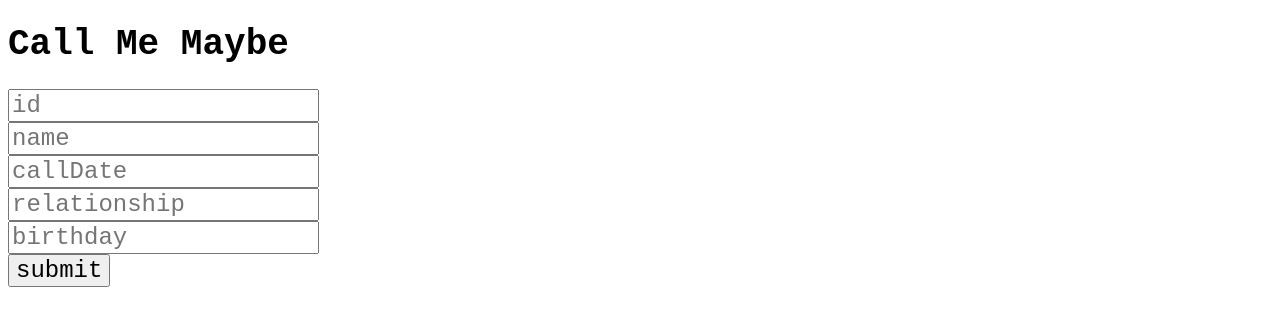
Repository: sviaduc/CallMeMaybe
Page: CallMeMaybeRest/WebContent/index.html
These files come from the project's save history. The page is drawn as it stood at one moment and after the next save; the edit follows.
The browser window is 1280 px wide. The pictures show the whole page.
The page's requests for data from a server got no answer. Some web libraries are served in a nearby version.

Above is the page before, as saved 2017-10-21 21:39:23.

After the next save:
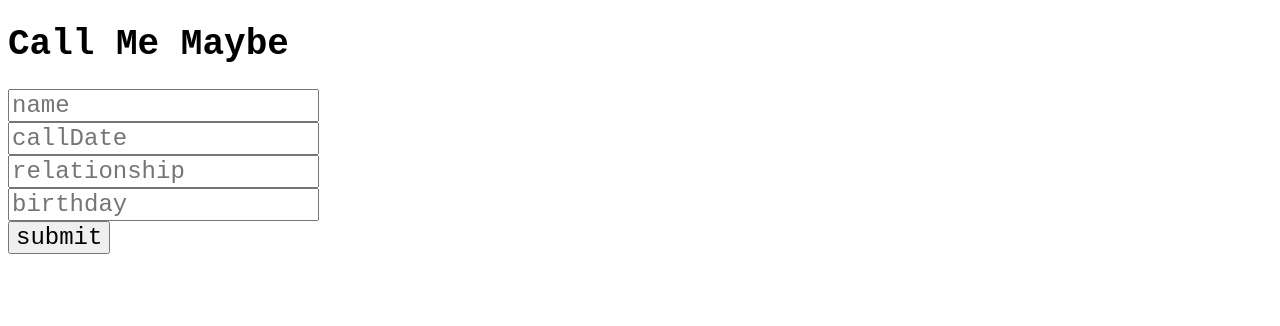
Saved 6 min 30 s later.
--- a/CallMeMaybeRest/WebContent/index.html
+++ b/CallMeMaybeRest/WebContent/index.html
@@ -11,7 +11,7 @@
     <h1>Call Me Maybe</h1>
     <div id='content'></div>
     <form name= "createPoke"class="" action="index.html" method="post">
-      <input type="text" name="id" placeholder="id">
+      <!-- <input type="text" name="id" placeholder="id"> -->
       <input type="text" name="name"  placeholder="name">
       <input type="text" name="callDate"  placeholder="callDate">
       <input type="text" name="relationship" placeholder="relationship">
